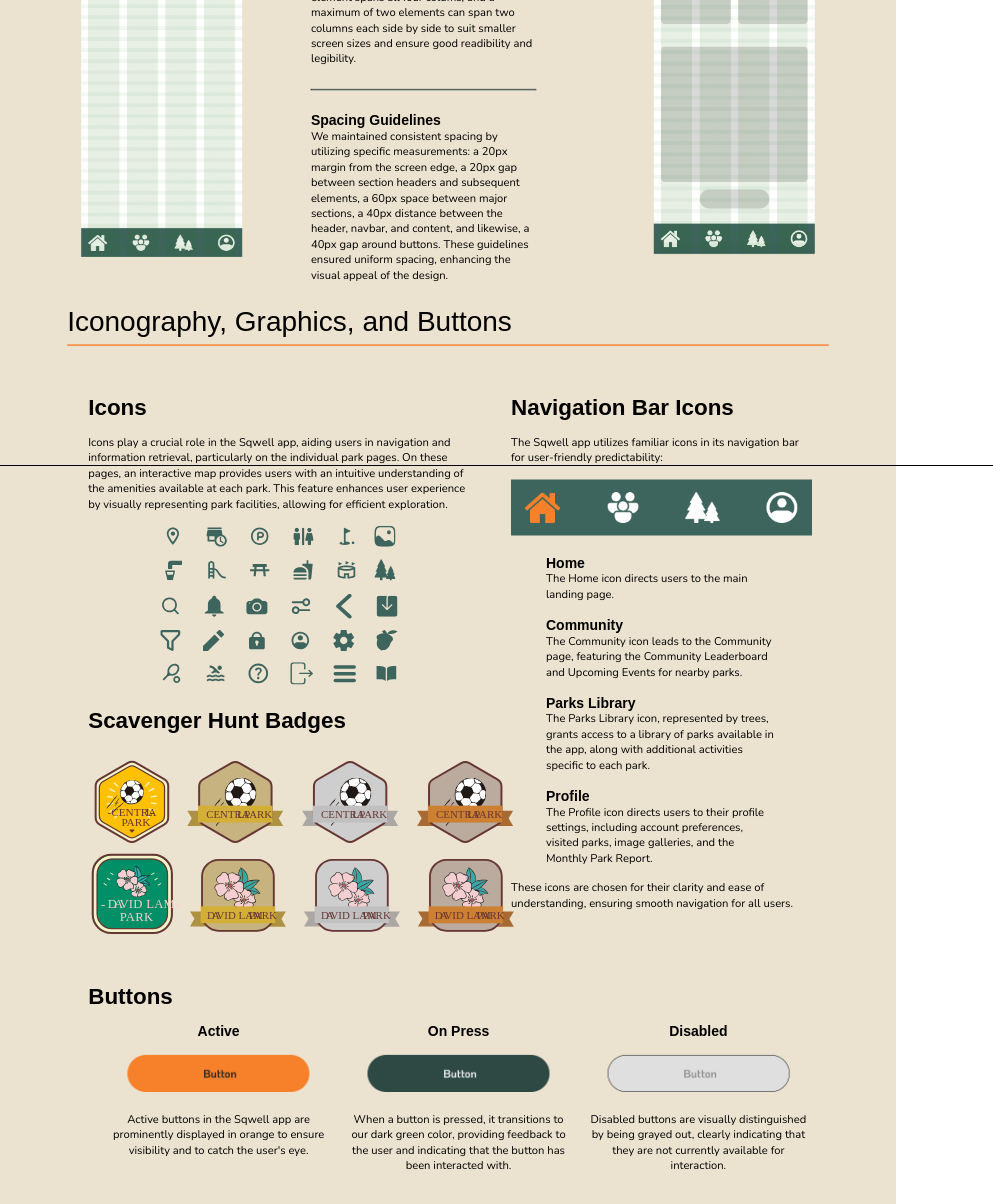
Repository: lpcmendoza/sqwell_styleguide
Page: /
These files come from the project's save history. The page is drawn as it stood at one moment and after the next save; the edit follows.
The browser window is 1280 px wide. The page is 1419 px wide, so the pictures cover 1419 px, including what lies to the right of the window. The pictures show the part of the page from y = 4780 to 6500 px (the page is 6540 px tall before and 6628 px after), at 70% of full size.
Some web fonts or font styles are not loaded; a fallback is used. The project was rebuilt for these pictures with package versions that can differ from the ones it lists, and the page was loaded fresh each time. The framework's server and built-in components were replaced by stand-ins that run in the browser. Also part of the build but not shown: next.config.mjs.

Above is the page before, as saved 2024-04-08 21:21:35.

After the next save:
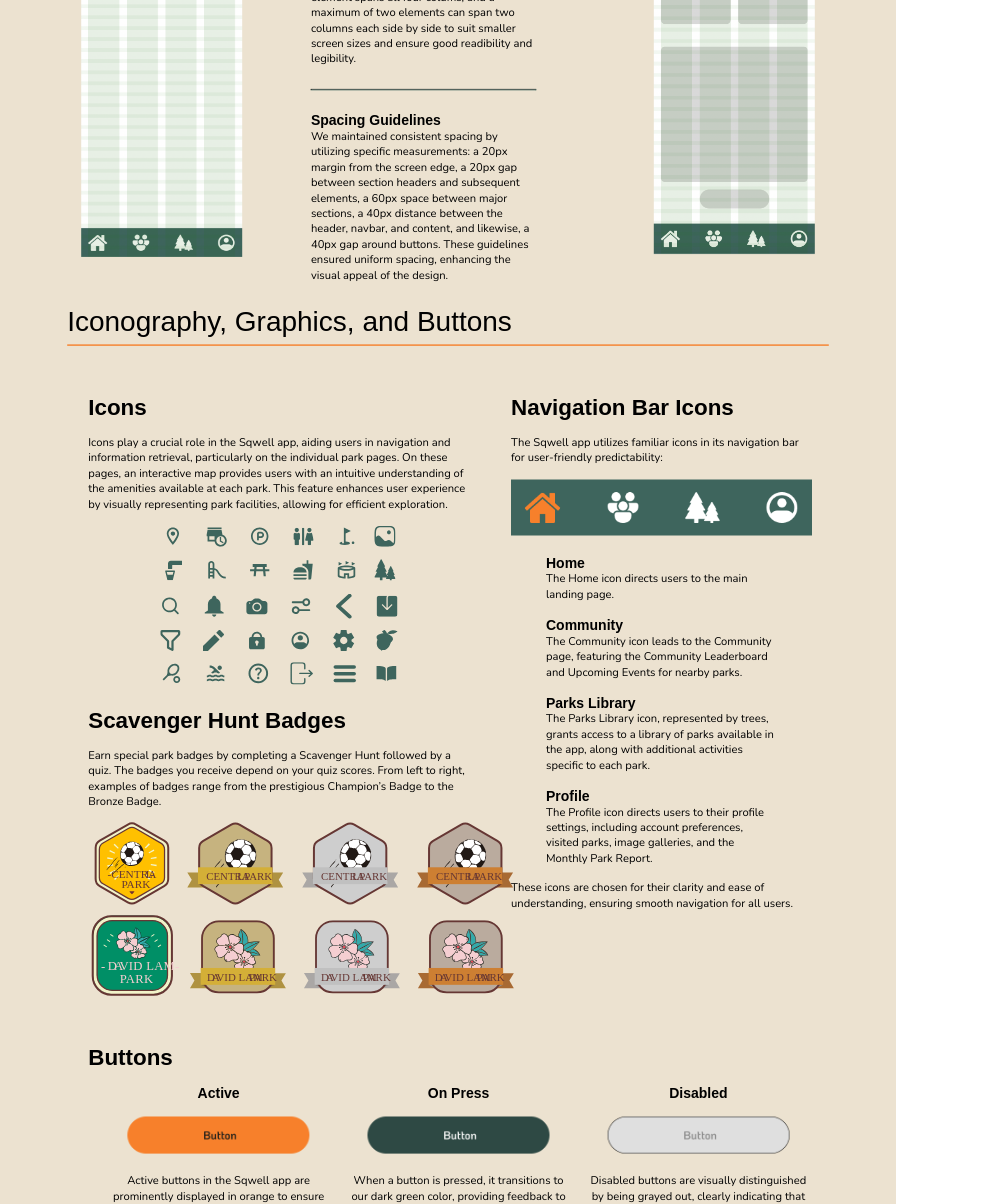
Saved 6 min 6 s later.
--- a/components/Iconography/index.js
+++ b/components/Iconography/index.js
@@ -56,6 +56,7 @@
         <br></br>
         <div className={styles.badgesContainer}>
             <h3>Scavenger Hunt Badges</h3>
+            <p>Earn special park badges by completing a Scavenger Hunt followed by a quiz. The badges you receive depend on your quiz scores. From left to right, examples of badges range from the prestigious Champion’s Badge to the Bronze Badge.</p>
             <ul className={styles.badgeSamples}>
                 <li>
                     <Image
